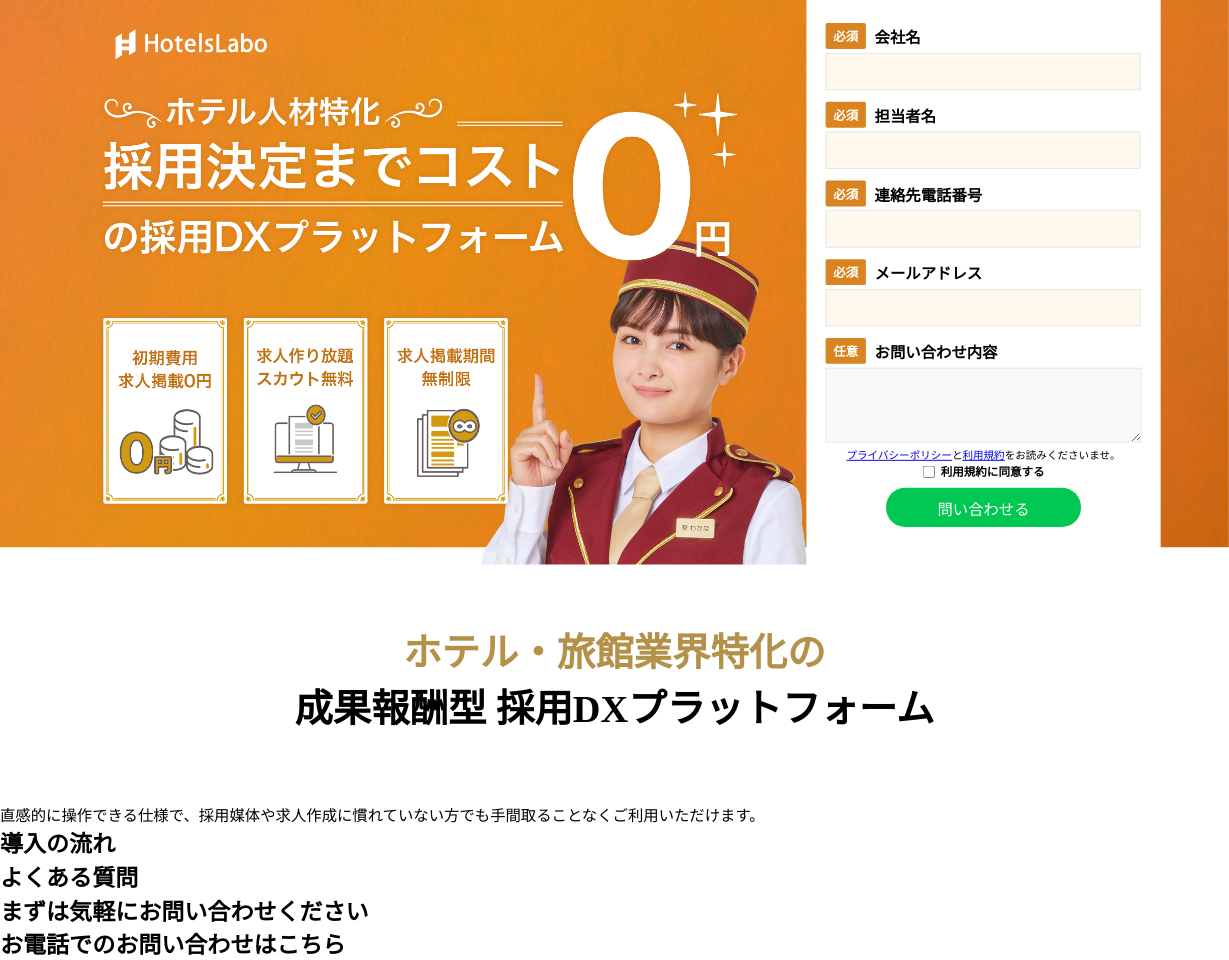
Repository: FujieRyou/to_b_lp
Page: index.html
An editor plug-in stored every save of this project. The page is shown before and after the next save, followed by the edit.
The browser window is 1280 px wide. The pictures show the whole page, at 96% of full size.

Above is the page before, as saved 2024-02-27 03:24:59.
Not found: index.js

After the next save:
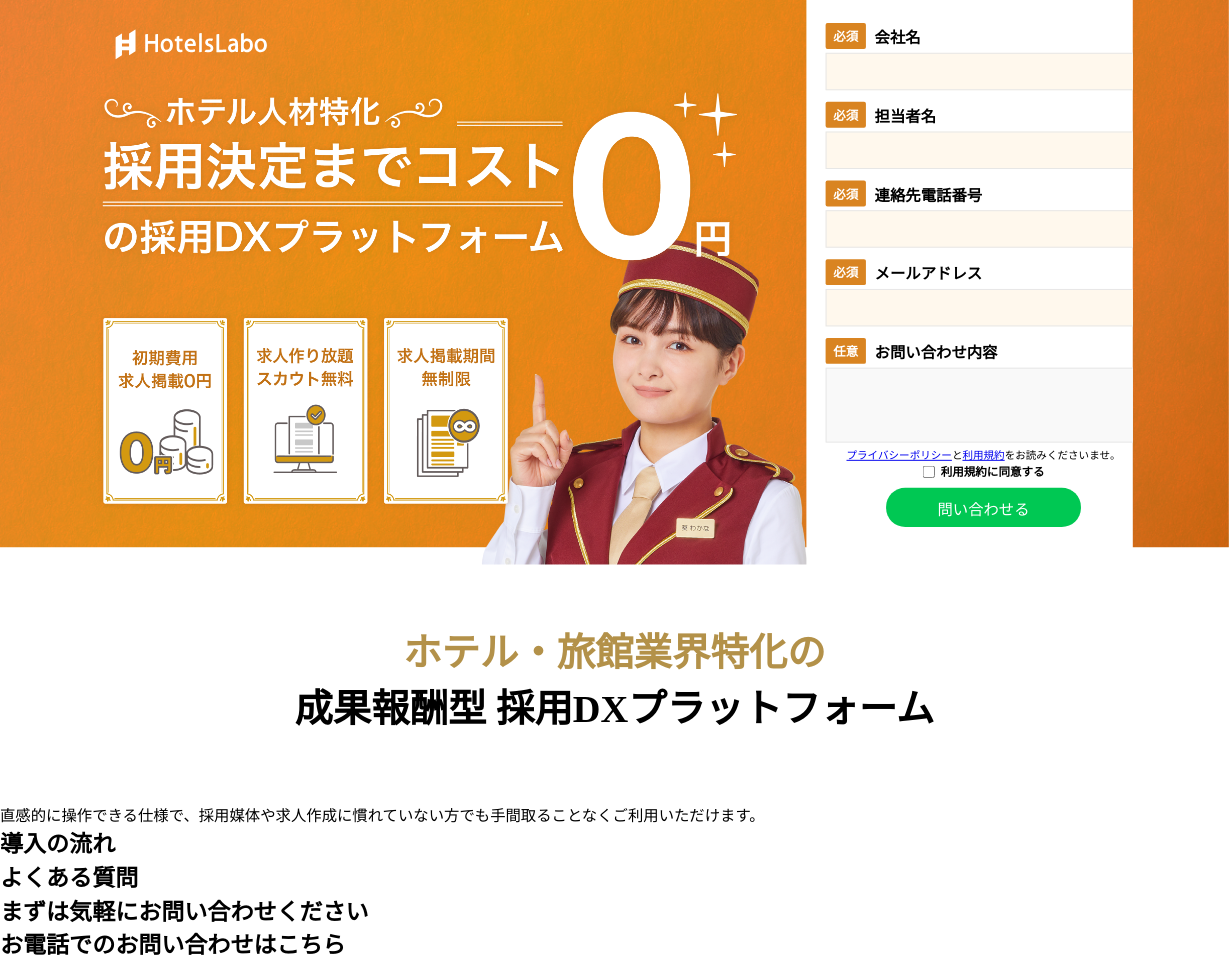
Saved 38 s later.
--- a/style.css
+++ b/style.css
@@ -8,7 +8,6 @@
     width: 100%;
     height: 100%;
     background-image: url("./img/bgcBler.png");
-    overflow: hidden;
 }
 
 .contentWrap{
@@ -16,6 +15,8 @@
     height: auto;
     margin: 0 auto;
     display: flex;
+    overflow: hidden;
+
 }
 
 header{

After the 2 saves that followed:
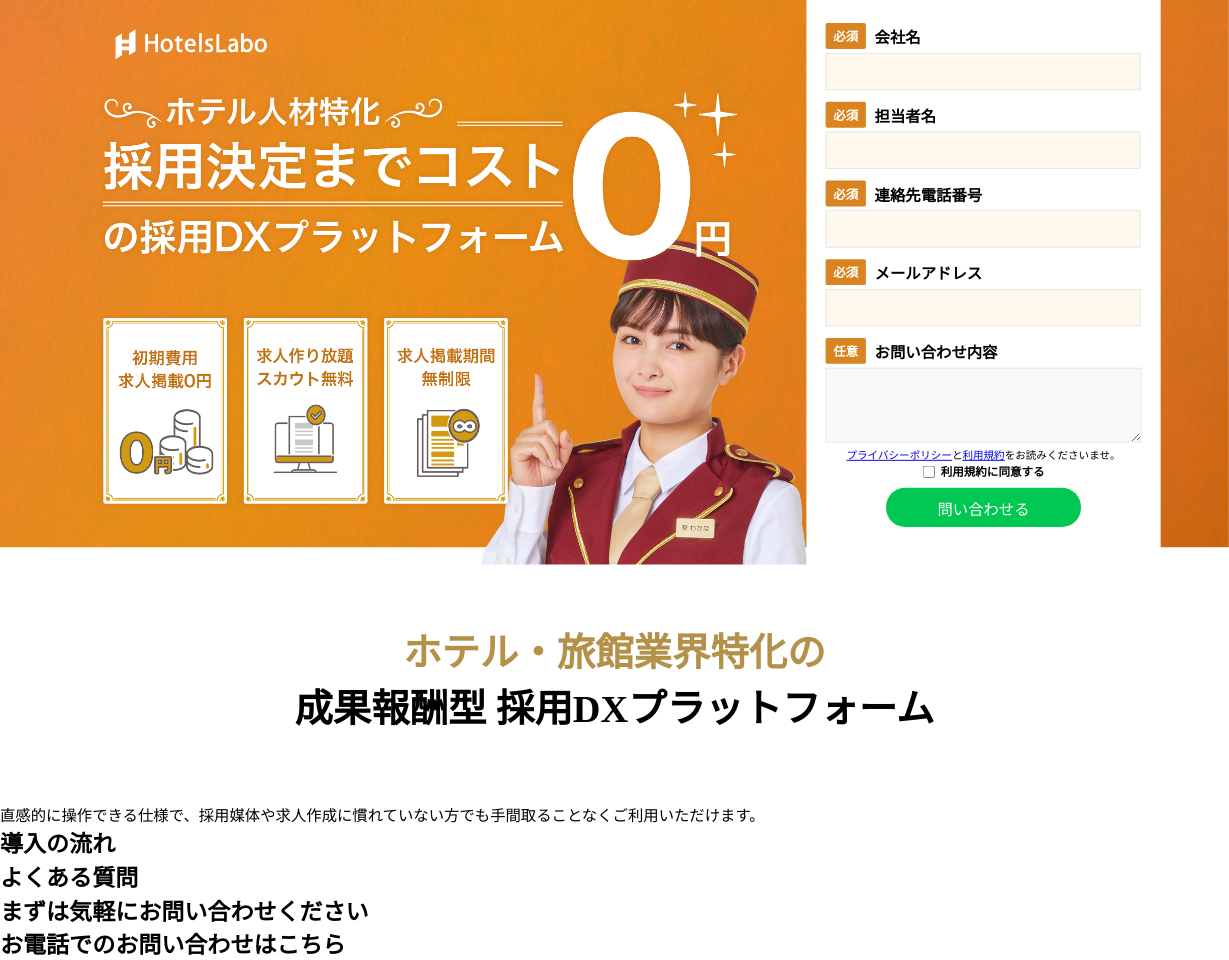
The 2 saves are shown as one change because they came seconds apart.
The last was saved 12 s later.
--- a/style.css
+++ b/style.css
@@ -8,6 +8,8 @@
     width: 100%;
     height: 100%;
     background-image: url("./img/bgcBler.png");
+    overflow: hidden;
+
 }
 
 .contentWrap{
@@ -15,8 +17,6 @@
     height: auto;
     margin: 0 auto;
     display: flex;
-    overflow: hidden;
-
 }
 
 header{
